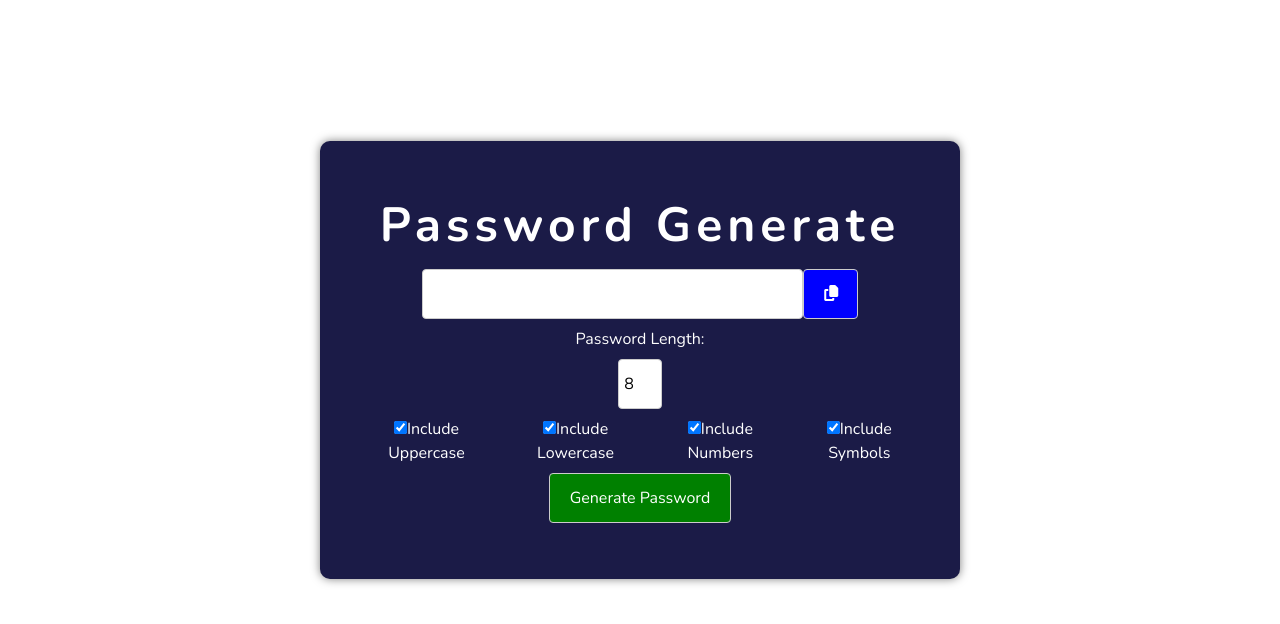
Repository: sriram1224/Password-generator
Page: / (app in password-generator/)
These files come from the project's save history. The page is drawn as it stood at one moment and after the next save; the edit follows.
The browser window is 1280 px wide. The pictures show the whole page.
Some web fonts or font styles are not loaded; a fallback is used. Some web libraries are served in a nearby version. The project was rebuilt for these pictures with package versions that can differ from the ones it lists, and the page was loaded fresh each time.

Above is the page before, as saved 2024-03-10 22:45:38.

After the next save:
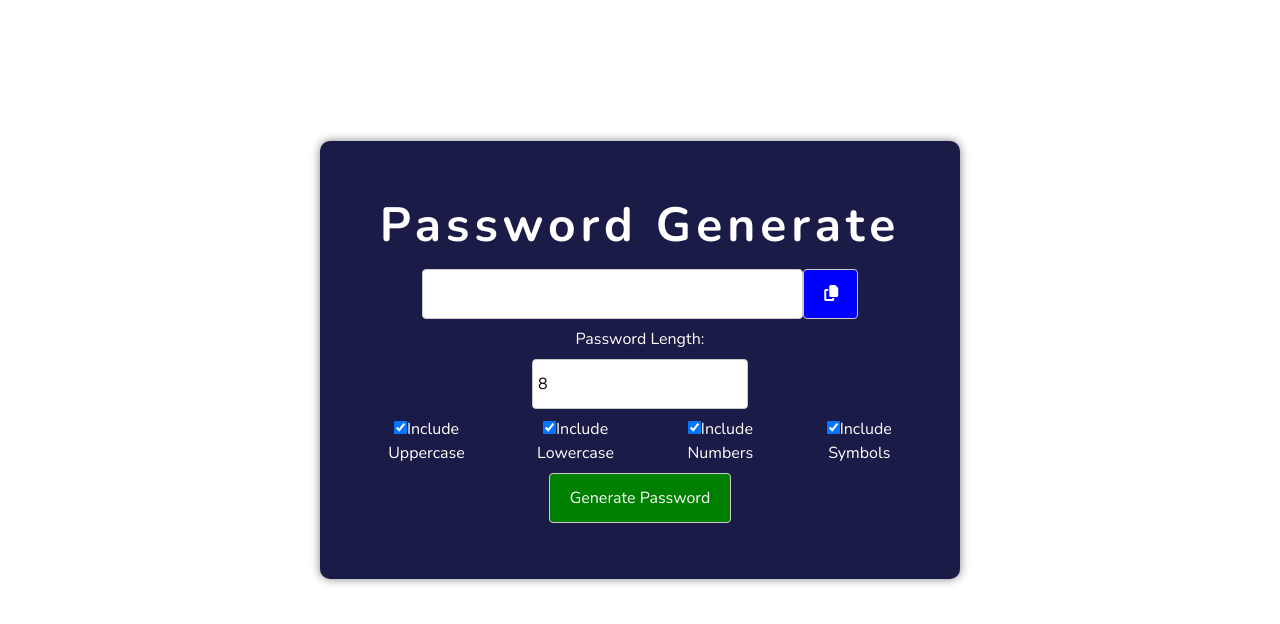
Saved 19 s later.
--- a/password-generator/src/Components/content.css
+++ b/password-generator/src/Components/content.css
@@ -43,7 +43,6 @@
     color: white;
 }
 .input-numbers{
-    width: 8%;
     padding: 12px 5px;
     color: black;
     margin: 8px 0;

After the save that followed:
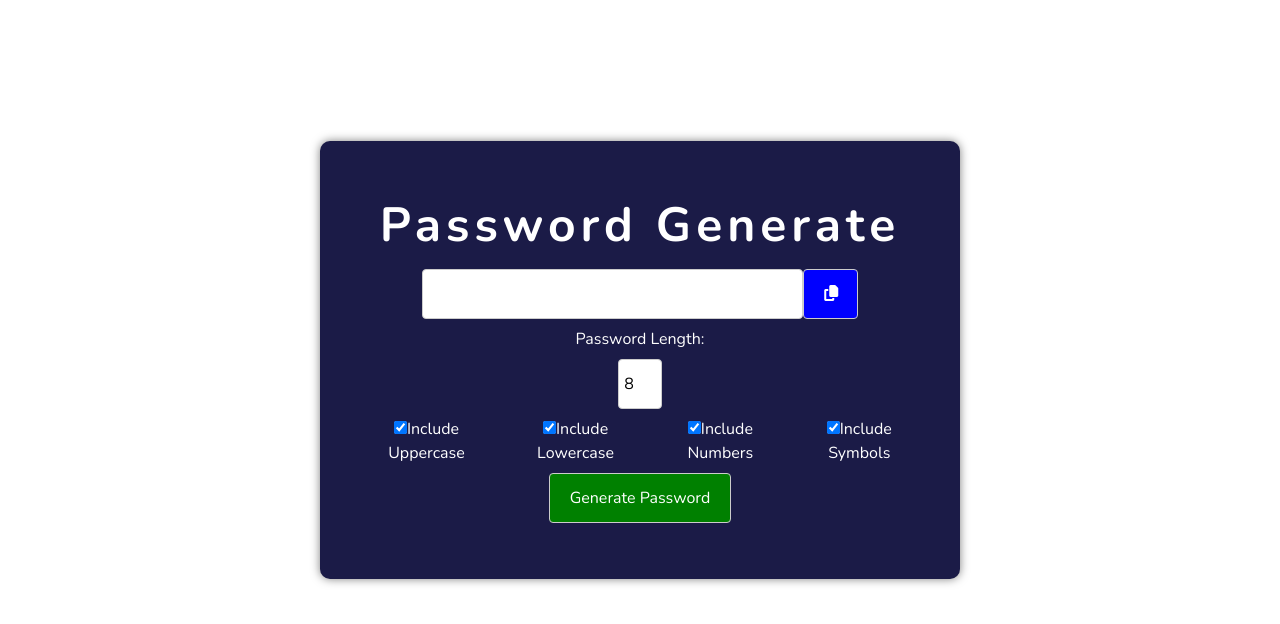
Saved 12 s later.
--- a/password-generator/src/Components/content.css
+++ b/password-generator/src/Components/content.css
@@ -43,6 +43,7 @@
     color: white;
 }
 .input-numbers{
+    width: 8%;
     padding: 12px 5px;
     color: black;
     margin: 8px 0;
